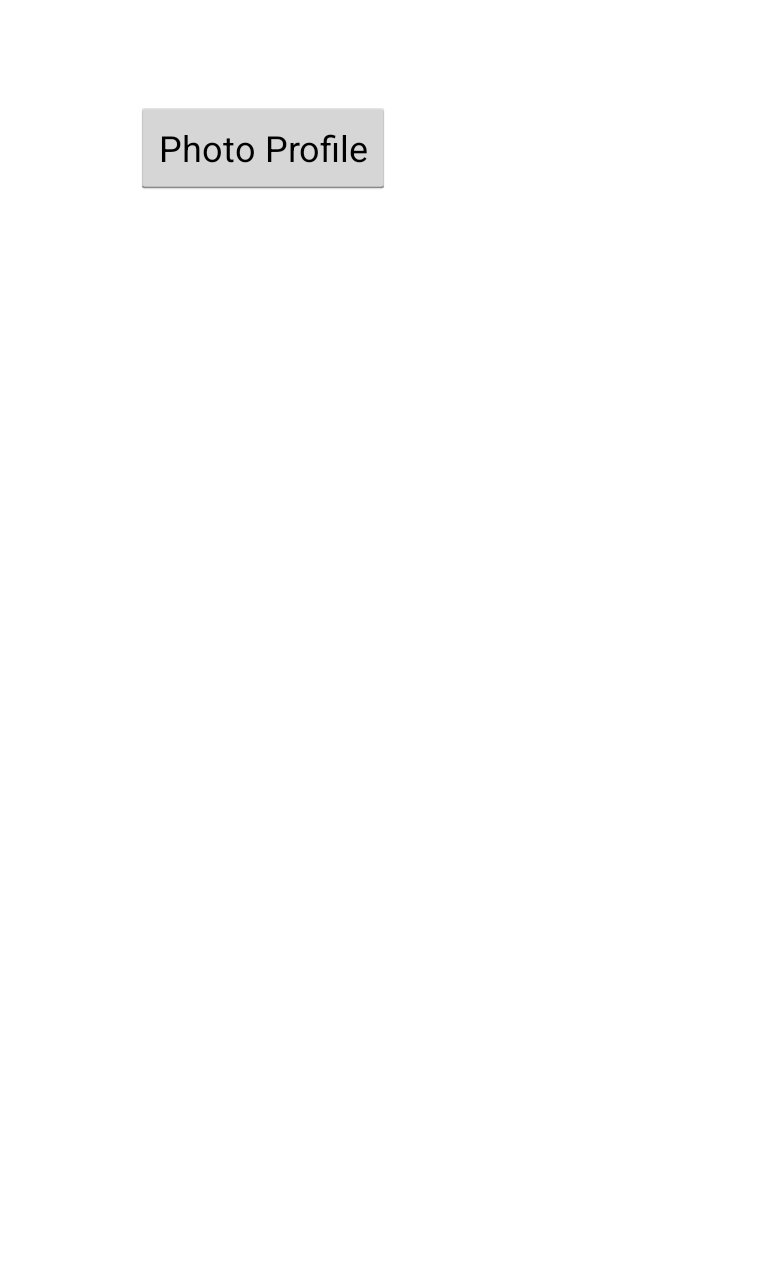
Repository: elvispap/The_Voice_of_People_Android_app
Layout: Voice of People/res/layout/profile_settings.xml
An editor plug-in stored every save of this project. The layout is shown before and after the next save, followed by the edit.
It is drawn on a 768 x 1280 px phone screen (xhdpi) without system bars, with theme AppTheme; the app's code is not run.

Above is the layout before, as saved 2014-01-05 19:16:46.

### Voice of People/res/layout/profile_settings.xml
<?xml version="1.0" encoding="utf-8"?>
<LinearLayout xmlns:android="http://schemas.android.com/apk/res/android"
    android:layout_width="match_parent"
    android:layout_height="match_parent"
    android:orientation="vertical" >

    <LinearLayout android:layout_width="250dp"
	    android:layout_height="wrap_content"
	    android:orientation="vertical"
	    android:layout_gravity="center_horizontal"
	    android:layout_marginTop="50dp">

        <Button
        android:id="@+id/button1"
        android:layout_width="wrap_content"
        android:layout_height="wrap_content"
        android:text="Photo Profile" />

    </LinearLayout>



</LinearLayout>

Loaded but not shown: Voice of People/res/values/styles.xml (common file); Voice of People/res/values-v11/styles.xml (common file); Voice of People/res/values-v14/styles.xml (common file)

After the next save:
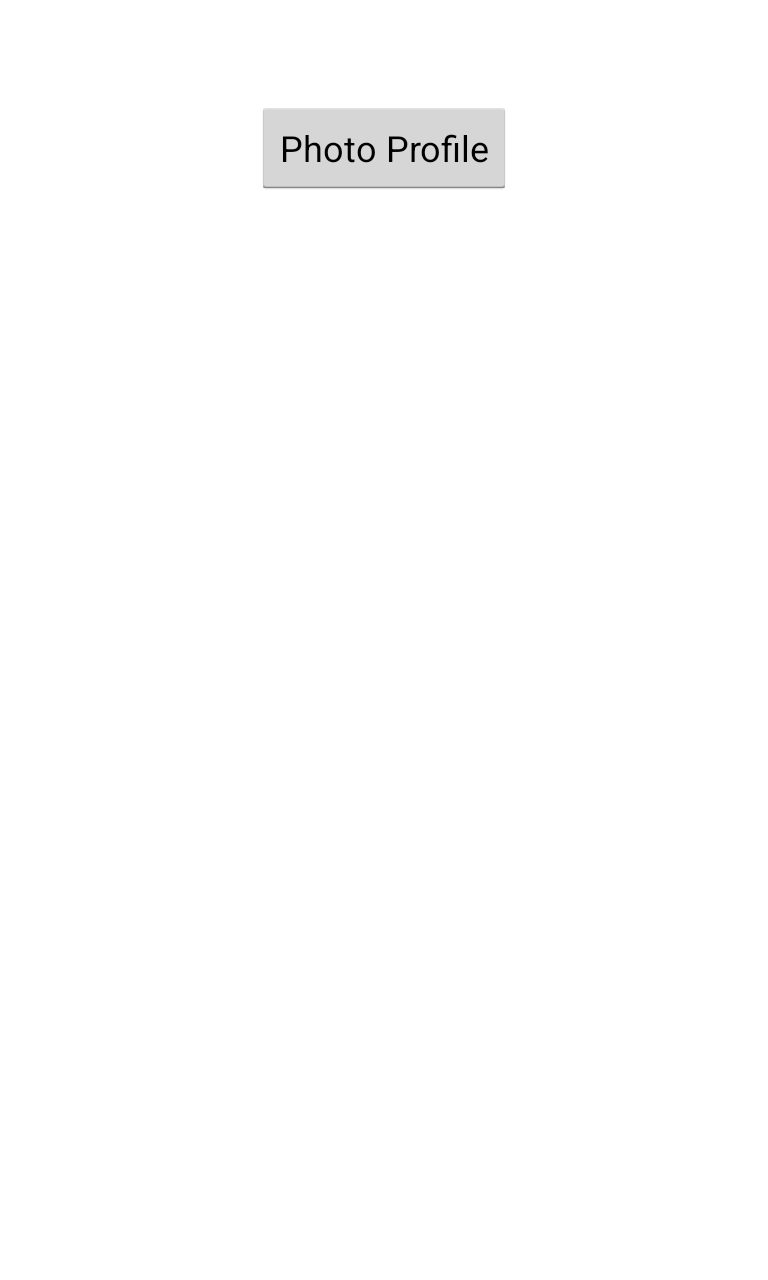
Saved 47 s later.
--- a/Voice of People/res/layout/profile_settings.xml
+++ b/Voice of People/res/layout/profile_settings.xml
@@ -14,7 +14,8 @@
         android:id="@+id/button1"
         android:layout_width="wrap_content"
         android:layout_height="wrap_content"
-        android:text="Photo Profile" />
+        android:text="Photo Profile"
+        android:layout_gravity="center_horizontal" />
 
     </LinearLayout>
 
